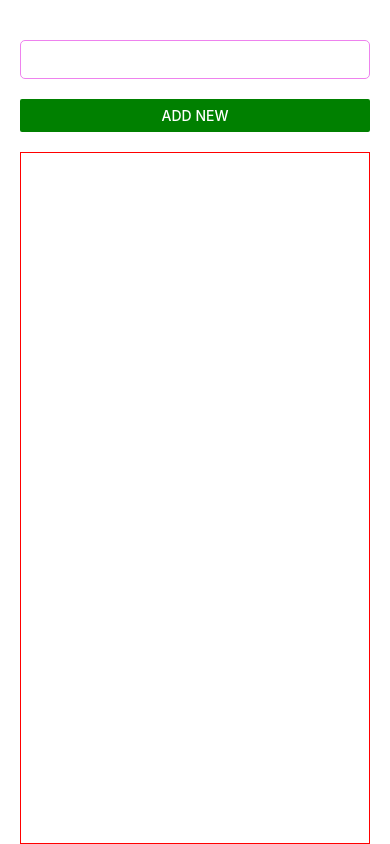
Repository: LuongPTCE181311/React-Native-Ultimate
Screen: /
The author's editor kept a copy of each file at every save. The screen is drawn from the files as they stood at one save, then again after a run of saves.
An inner scrolling area shows only its first screen. The app was drawn by React Native's web renderer in a window 390 px wide. The project was rebuilt for these pictures with package versions that can differ from the ones it lists, and the page was loaded fresh each time. Some packages were replaced by stand-ins written for this rebuild.

Above is the screen before, as saved 2026-06-14 17:52:54.

### App.tsx
import { StatusBar } from 'expo-status-bar';
import { use, useState } from 'react';
import { Button, FlatList, ScrollView, StyleSheet, Text, TextInput, View } from 'react-native';
import InputTodo from './components/todo/input.todo';
import ListTodo from './components/todo/list.todo';




export default function App() {

  const [todoList, setTodoList] = useState<ITodo[]>([
    {id: 1, title: "learn React Native"},
    {id: 2, title: "learn React.js"},
    {id: 3, title: "learn JAva"},
    {id: 4, title: "learn NodeJS"},
    {id: 5, title: "learn ExpressJS"},
    {id: 6, title: "learn C++"},
    {id: 7, title: "learn Java script"},
    {id: 8, title: "learn Java script"},
    {id: 9, title: "learn Java script"},
    {id: 10, title: "learn Java script"},
    {id: 11, title: "learn Java script"},
    {id: 12, title: "learn Java script"},
  ]);

  return (
    <View style={styles.container}>

      <InputTodo />
      <ListTodo />
    </View>
  );
}

const styles = StyleSheet.create({
  greenColor: {
    color: "green"
  },
  text: {
    fontSize: 30,
    color: "red"
  },
  text2: {
    fontSize: 30
  },
  container: {
    flex: 1,
    backgroundColor: '#fff',
    // alignItems: 'center',
    // justifyContent: 'center'
    paddingHorizontal: 20,
    paddingTop: 40,
  },
  borderInput: {
    borderColor: "violet",
    borderWidth: 1,
    padding: 10
  },

});

### components/todo/input.todo.tsx
import { useState } from "react";
import { Button, StyleSheet, Text, TextInput, View } from "react-native";

const styles = StyleSheet.create({
    todoInput: {
        borderColor: "violet",
        borderWidth: 1,
        padding: 10,
        marginBottom: 20,
        borderRadius: 5
    }
})

const InputTodo = () => {

    const [name, setName] = useState<string>("");
    return (
        <>
            <View>
            <TextInput
                // keyboardType='ascii-capable'
                // multiline={true}
                autoCapitalize="none"
                autoCorrect={false}
                onChangeText={value => setName(value)}
                value={name}
                style={styles.todoInput}/>

            <Button title='Add new' color={"green"} onPress={() => alert("tap me")}/>
            </View>
        </>
    )
}

export default InputTodo;

### components/todo/list.todo.tsx
import { FlatList, StyleSheet, Text } from "react-native";

const styles = StyleSheet.create({
    todo: {
    fontSize: 30,
    backgroundColor: "pink",
    marginBottom: 20,
    padding: 15
  }
})

interface Iprops {
    todoList: ITodo[]
}

const ListTodo = (props: Iprops) => {
    const {todoList} = props;
    return (
        <>
        <FlatList
                style={{
                  marginTop: 20,
                  borderColor: "red",
                  borderWidth: 1,
                }}
                data={todoList}
                keyExtractor={item => item.id + ""}
                renderItem={({item}) => {
                  return (
                    <Text key={item.id}
                    style={styles.todo}
                    >
                      {item.title}
                    </Text>
                  )
                }}
              />
        </>
    )
}

export default ListTodo;

Loaded but not shown: index.ts (common file)

After the next 3 saves:
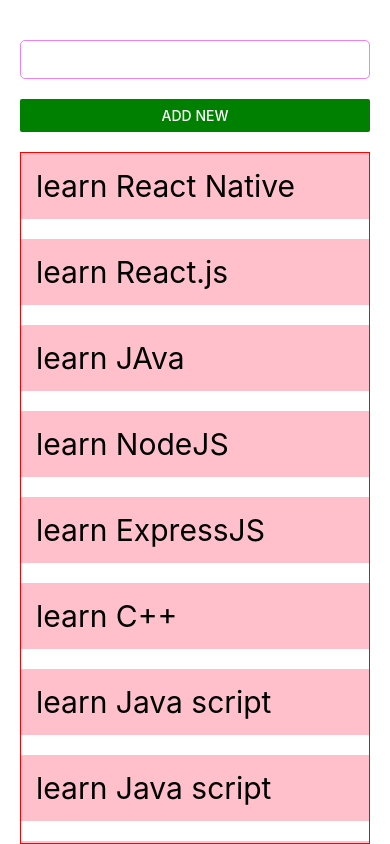
The 3 saves are shown as one change because they came seconds apart.
The last was saved 36 s later.
--- a/App.tsx
+++ b/App.tsx
@@ -28,7 +28,7 @@ export default function App() {
     <View style={styles.container}>
 
       <InputTodo />
-      <ListTodo />
+      <ListTodo todoList={todoList}/>
     </View>
   );
 }

After the 6 saves that followed:
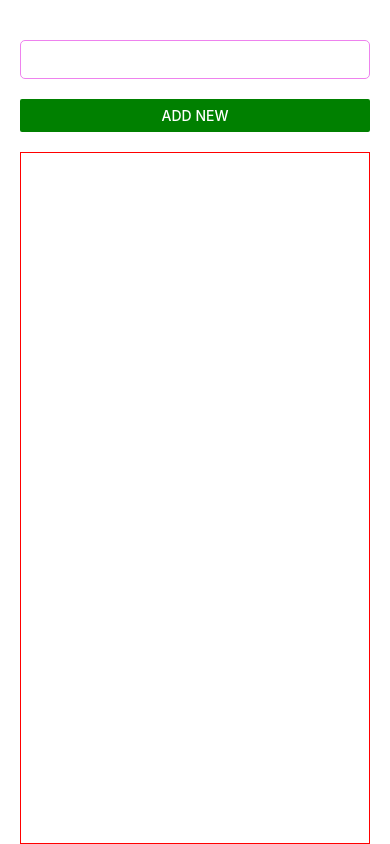
The 6 saves are shown as one change because they came seconds apart.
The last was saved 5 min 39 s later.
--- a/App.tsx
+++ b/App.tsx
@@ -9,20 +9,7 @@ import ListTodo from './components/todo/list.todo';
 
 export default function App() {
 
-  const [todoList, setTodoList] = useState<ITodo[]>([
-    {id: 1, title: "learn React Native"},
-    {id: 2, title: "learn React.js"},
-    {id: 3, title: "learn JAva"},
-    {id: 4, title: "learn NodeJS"},
-    {id: 5, title: "learn ExpressJS"},
-    {id: 6, title: "learn C++"},
-    {id: 7, title: "learn Java script"},
-    {id: 8, title: "learn Java script"},
-    {id: 9, title: "learn Java script"},
-    {id: 10, title: "learn Java script"},
-    {id: 11, title: "learn Java script"},
-    {id: 12, title: "learn Java script"},
-  ]);
+  const [todoList, setTodoList] = useState<ITodo[]>([]);
 
   return (
     <View style={styles.container}>
